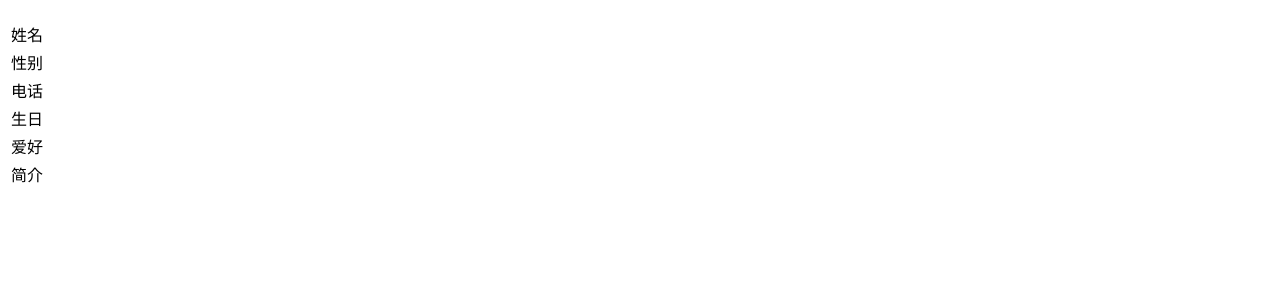
Repository: ChengqunYang/JAVA
Page: http://localhost/stu/add.jsp
An editor plug-in stored every save of this project. The page is shown before and after the next save, followed by the edit.
The browser window is 1280 px wide. The pictures show the whole page.
The page is served by Tomcat 9. Other server files are loaded and not shown.

Above is the page before, as saved 2019-04-08 11:02:27.

### stu/WebContent/add.jsp
<%@ page language="java" contentType="text/html; charset=UTF-8"
    pageEncoding="UTF-8"%>
<!DOCTYPE html PUBLIC "-//W3C//DTD HTML 4.01 Transitional//EN" "http://www.w3.org/TR/html4/loose.dtd">
<html>
<head>
<meta http-equiv="Content-Type" content="text/html; charset=UTF-8">
<title>添加学生页面</title>
</head>
<body>
<h3></h3>
<table>
	<tr>
		<td>姓名</td>
		<td></td>
	</tr>
	<tr>
		<td>性别</td>
		<td></td>
	</tr>
	<tr>
		<td>电话</td>
		<td></td>
	</tr>
	<tr>
		<td>生日</td>
		<td></td>
	</tr>
	<tr>
		<td>爱好</td>
		<td></td>
	</tr>
	<tr>
		<td>简介</td>
		<td></td>
	</tr>
	<tr>
		<td></td>
		<td></td>
	</tr>
	<tr>
		<td></td>
		<td></td>
	</tr>

</table>
</body>
</html>

After the next save:
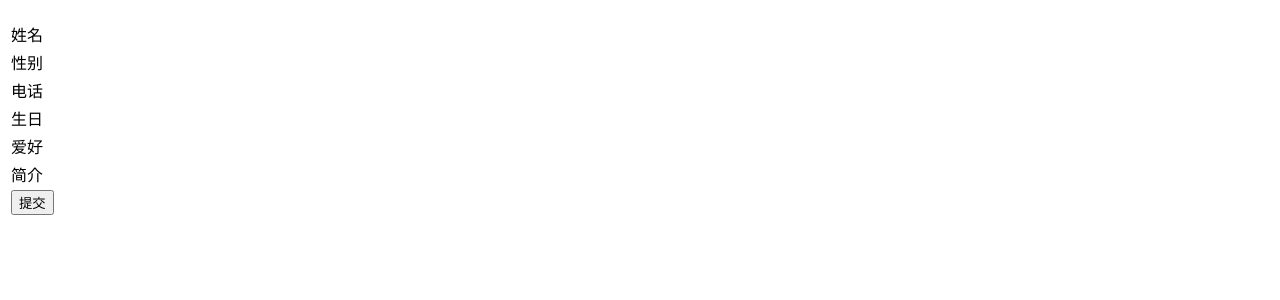
Saved 117 s later.
--- a/stu/WebContent/add.jsp
+++ b/stu/WebContent/add.jsp
@@ -34,12 +34,7 @@
 		<td></td>
 	</tr>
 	<tr>
-		<td></td>
-		<td></td>
-	</tr>
-	<tr>
-		<td></td>
-		<td></td>
+		<td colspan="2" ><input type = "submit" value = "提交"> </td>
 	</tr>
 
 </table>
